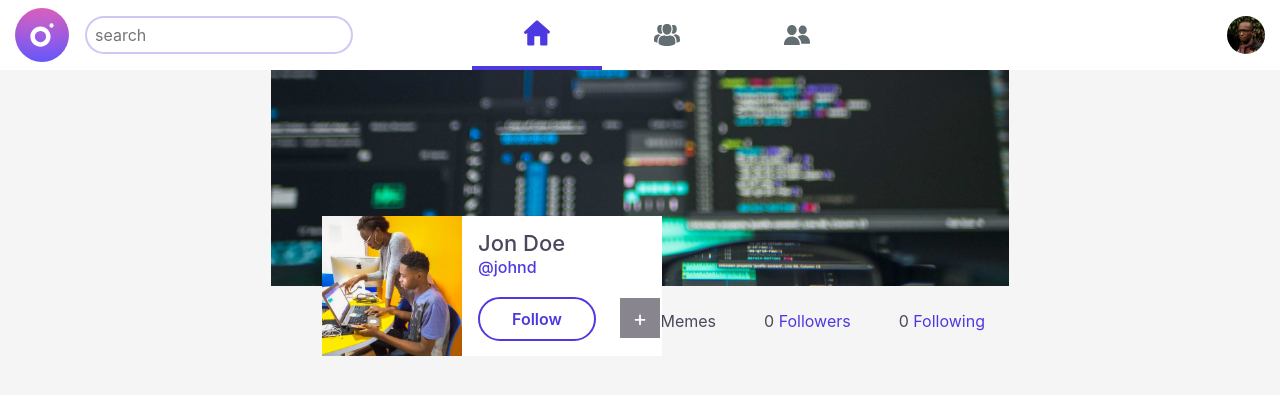
Repository: Flovet-stack/memic
Page: admin-profile.html
The author's editor kept a copy of each file at every save. The page is drawn from the files as they stood at one save, then again after the next save.
The browser window is 1280 px wide. The pictures show the whole page.
Some web fonts or font styles are not loaded; a fallback is used.

Above is the page before, as saved 2020-10-28 00:09:14.
Console error: TypeError: Cannot read properties of undefined (reading 'fn')

### admin-profile.html
<!DOCTYPE html>
<html lang="en">
<head>
    <meta charset="UTF-8">
    <meta name="viewport" content="width=device-width, initial-scale=1.0">
    <link rel="icon" type="image/png" sizes="32x32" href="assets/images/faceit.svg">
    <!-- custom styles -->
    <link rel="stylesheet" href="css/home.css">
    <link rel="stylesheet" href="css/admin-profile.css">

    <!-- custom fonts -->
    <link rel="stylesheet" href="/usr/share/fonts/opentype/malayalam/Manjari-Regular.otf">

    <!-- bootstrap css styles -->
    <link rel="stylesheet" href="dist/css/bootstrap.min.css">
    <title>memes | Home</title>
</head>
<body>
    <!-- start of the home page design template -->

    <!-- start of the head section of the page -->
    <div class="home-head container-fluid">
        <div class="row">
            <div class="home-head-sec-1">
                <div class="logo"><img src="assets/images/faceit.svg" alt=""></div>
                <form>
                    <input data-toggle="tooltip" title="search" type="text" name="" id="" placeholder="search">
                </form>
            </div>
            <div class="home-head-sec-2">
                <a data-toggle="tooltip" title="Home" class="active" href="#">
                    <img class="primary-icon" src="assets/icons/house.svg" alt="">
                    <img class="secondary-icon" src="assets/icons/house-primary.svg" alt="">
                </a>
                <a data-toggle="tooltip" title="Groups" href="#">
                    <img class="primary-icon" src="assets/icons/user-group.svg" alt="">
                    <img class="secondary-icon" src="assets/icons/user-group-primary.svg" alt="">
                </a>
                <a data-toggle="tooltip" title="Friends" href="#">
                    <img class="primary-icon" src="assets/icons/friends.svg" alt="">
                    <img class="secondary-icon" src="assets/icons/friends-primary.svg" alt="">
                </a>
            </div>
            <div class="home-head-sec-3">
                <div class="user-menu">
                    <img src="assets/images/avatar.jpg" alt="">
                </div>
            </div>
        </div>
    </div>
    <!-- end of the head section of the page -->
    <!-- start of the body section of the page -->
    <div class="home-body container-fluid">
        <div class="row">
            <div class="home-center">
                <div class="container-fluid">
                    <div class="profile-card">
                        <div class="profile-cover" style="background: url(assets/images/kevin-ku-w7ZyuGYNpRQ-unsplash.jpg);">
                            <div class="profile-info">
                                <div class="profile-info-pic"><img src="assets/images/Pic.jpg" alt=""></div>
                                <div class="profile-info-details">
                                    <h3>Jon Doe</h3>
                                    <h5>@johnd</h5>
                                    <button class="follow-btn">Follow</button>
                                </div>
                            </div>
                            <button class="change-cover-btn">+</button>
                        </div>
                    <div class="profile-stat">
                        <div class="profile-stat-sub">
                            <div class="static-stat">
                                <span class="stat-value">0</span>
                                <span class="stat-name">Likes</span>
                            </div>
                            <div class="static-stat">
                                <span class="stat-value">0</span>
                                <span class="stat-name">Memes</span>
                            </div>
                            <a class="dynamic-stat">
                                <span class="stat-value">0</span>
                                <span class="stat-name">Followers</span>
                            </a>
                            <a class="dynamic-stat">
                                <span class="stat-value">0</span>
                                <span class="stat-name">Following</span>
                            </a>
                        </div>
                    </div>
                    </div>
                </div>
            </div>
        </div>
    </div>
    <!-- end of the head section of the page -->

    <!-- end of the home page design template -->

    <script src="dist/js/bootstrap.min.js"></script>
    <script src="https://code.jquery.com/jquery-3.5.1.slim.min.js"
        integrity="sha384-DfXdz2htPH0lsSSs5nCTpuj/zy4C+OGpamoFVy38MVBnE+IbbVYUew+OrCXaRkfj"
        crossorigin="anonymous"></script>
</body>
</html>

### css/admin-profile.css
.profile-card {
    width: 100%;
    height: auto;
}
.profile-cover {
    width: 100%;
    height: 30vh;
    background-color: blue;
    background-size: 100% !important;
    background-position: center !important;
    background-attachment: scroll !important;
}
.profile-info {
    width: 340px;
    height: 140px;
    background-color: var(--white);
    position: relative;
    top: 100%;
    transform: translate(15%, -50%);
    display: flex;
    /* border-radius: 70px; */
    /* border-top-right-radius: 70px;
    border-bottom-right-radius: 70px; */
}
.profile-info-pic {
    width: 140px;
    height: 140px;
    background-color: var(--secondary-color);
}
.profile-info-pic img {
    width: 100%;
    height: 100%;
    /* border-top-right-radius: var(--circular-radius);
    border-bottom-right-radius: var(--circular-radius); */
}
.profile-info-details {
    padding: var(--padding-2);
}
.profile-info-details h3 {
    color:var(--text-color);
    font-size: var(--font-size-4);
    line-height: 1;
}
.profile-info-details h5 {
    color:var(--secondary-color);
    font-size: var(--font-size-1);
    line-height: .7;
}
.profile-info-details .follow-btn {
    margin-top: var(--padding-2);
}
.change-cover-btn {
    width: 40px;
    height: 40px;
    position: relative;
    transform: translate(-50%, -50%);
    left: 50%;
    top: 50%;
    border: none;
    background-color: var(--dark-overlay);
    color: var(--white);
    font-size: 22px;
    transition-duration: var(--duration);
    outline: none !important;
}
.change-cover-btn:hover {
    background-color: #000;
    transition-duration: var(--duration);
}
.profile-stat {
    width: 100%;
    height: 70px;
    display: grid;
    align-items: center;
    justify-items: flex-end;
}
.profile-stat-sub {
    width: auto;
    height: auto;
    display: flex;
}
.profile-stat-sub div,
.profile-stat-sub a {
    margin: 0 var(--padding-2);
    padding: var(--padding-1);
    border-radius: var(--border-radius);
}
.profile-stat-sub .stat-value {
    color: #000;
}
.profile-stat-sub .stat-name {
    color: var(--text-color);
}
.dynamic-stat .stat-value {
    color: var(--text-color) !important;
}
.dynamic-stat .stat-name {
    color: var(--secondary-color) !important;
}
.dynamic-stat {
    background-color: transparent;
    transition-duration: var(--duration);
}
.dynamic-stat:hover {
    background-color: var(--secondary-overlay);
    transition-duration: var(--duration);
}

### css/main-styles.css
:root {
    /* color palette */
    --white: #fff;
    /* --white: #1e272e !important; */
    --white-shade-0: rgb(253, 253, 253);
    --white-shade-1: #f0f8ff;
    --white-shade-2: #ececec79;
    --white-shade-3: #d0d0d0;
    --border-color: #b2bec3;
    --primary-color: #636E72;
    /* --secondary-color: #6c5ce7; */
    --secondary-color: #4d39e0;
    --secondary-overlay: #4d39e046;
    /* --secondary-overlay: #6c5ce746; */
    --red: #d63031;
    /* --red: #970f3c; */
    --dark-overlay: rgba(10, 2, 19, 0.479);
    --transparent-overlay: #ebf6ff;
    --transparent-overlay-2: #d0d0d059;

    /* text-editing */
    --font-size-1: 16px;
    --font-size-2: 18px;
    --font-size-3: 20px;
    --font-size-4: 22px;
    --normal: 400;
    --light: 200;
    --thick: 600;
    --font-family: Manjari;
    --text-color: rgb(73, 72, 93);
    /* --text-color: #fff; */

    /* box-styling */
    --padding-1: .5rem;
    --padding-2: 1rem;
    --padding-3: 2rem;
    --border-radius: 50px;
    --circular-radius: 50%;
    --border: 2px solid var(--white-shade-2);

    /* animations */
    --duration: .5s;
}

body {
    box-sizing: border-box;
    font-family: var(--font-family);
    overflow-x: hidden;
    background-color: var(--white-shade-2) !important;
}
.row {
    margin-right: 0 !important;
    margin-left: 0 !important;
}
a {
    outline: none !important;
}
.follow-btn {
    border: 2px solid var(--secondary-color);
    background: var(--whi);
    padding: var(--padding-1) var(--padding-3);
    border-radius: var(--border-radius);
    color: var(--secondary-color);
    transition-duration: var(--duration);
    font-weight: 600;
    outline: none !important;
}
.follow-btn:hover {
    background-color: var(--secondary-color);
    color: var(--white);
    transition-duration: var(--duration);
}

### css/user-card.css
/* start of the user card styling */
.user-card {
    width: 150px;
    height: 50px;
    display: flex;
    color: var(--white);
    text-decoration: none;
    border-radius: var(--border-radius);
    transition-duration: var(--duration);
}
.user-card:hover {
    text-decoration: none;
    background-color: var(--transparent-overlay-2);
    transition-duration: var(--duration);
}
.user-card-pic {
    width: 50px;
    height: 50px;
    border-radius: var(--circular-radius);
    background-repeat: no-repeat !important;
    background-position: center !important;
    background-size: cover !important;
}
.user-card-detail {
    width: auto;
    height: 50px;
    padding-left: var(--padding-1);
    color: var(--text-color);
    display: grid;
    align-content: center;
}
.username {
    font-size: var(--font-size-2);
    font-weight: 600;
}
.card-time {
    font-size: var(--font-size-1);
    color: var(--secondary-color);
}
/* end of the user card styling */

### css/post-card.css
.post-card {
    width: 80%;
    margin: var(--padding-2) auto;
    background-color: var(--white);
    border-radius: var(--border-radius);
    padding: var(--padding-2) 0;
    /* background-color: var(--transparent-overlay); */
    background-color: var(--white);
    border: var(--border);
}
.post-card .user-card {
    margin-left: var(--padding-2);
}
/* .post-card .user-card:hover {
    background-color: var(--secondary-overlay);
} */
.post-card img {
    width: 100%;
}
.post-img {
    transform: scale(.97);
    border-radius: var(--border-radius) !important;
    background-color: var(--transparent-overlay);
}
.post-card-footer {
    margin-top: var(--padding-1);
    padding: 0 var(--padding-2);
    width: 100%;
    display: flex;
    height: auto;
}
.react,
.actions {
    width: 50%;
    height: 50px;
    display: grid;
    align-items: center;
}
.react-sub,
.actions-sub {
    width: 100%;
    height: 100%;
    display: flex;
    text-align: left;
}
.actions-sub {
    flex-direction: row-reverse;
}
.actions-sub a {
    flex-direction: row-reverse;
    margin-right: 0 !important;
    margin-left: var(--padding-1) !important;
}
.react-sub a,
.actions-sub a {
    width: 50px;
    height: 50px;
    background-color: transparent;
    margin-right: var(--padding-1);
    display: flex;
    align-items: center;
    justify-content: center;
    border-radius: var(--circular-radius);
}
.react-sub a img,
.actions-sub a img {
    width: 60%;
    height: auto;
    padding: 0 !important;
    transition-duration: var(--duration);
    border-radius: none !important;
}
.react-sub a:hover,
.actions-sub a:hover {
    background-color: var(--secondary-overlay);
    transition-duration: var(--duration);
}
.react-sub .dislike img{
    transform: rotatez(180deg) !important;
}
.share-options {
    height: auto;
    /* width: 0px; */
    width: calc((30px * 4) + ((var(--padding-1) * 2) * 6));
    background-color: var(--white);
    border-radius: var(--border-radius);
    padding:  var(--padding-1);
    /* box-shadow: 4px 4px 10px 3px var(--white-shade-2); */
    position: absolute;
    /* left: 100px; */
    margin-top: -60px;
    /* margin-left: 200px; */
    transform: scale(.9);
    transition-duration: 1s;
}
.share-options ul {
    width: auto;
    padding: 0 !important;
    margin: 0 !important;
}
.share-options li {
    width: auto;
    display: inline-block;
}
.share-options a{
    padding: var(--padding-1);
    /* background-color: red; */
}
.share-options a:hover {
    background-color: transparent;
}
.share-options a img{
    width: 30px;
    height: 30px;
    padding: .2rem !important;
    transition-duration: var(--duration);
}
.share-options a img:hover {
    transform: scale(1.3);
    transition-duration: var(--duration);
}
.share-icon {
    transition-duration: 1s
}
.share-icon:hover ~ .share-options {
    transition-duration: 1s;
    transform: scale(1);
}

.comment-section {
    width: 100%;
    padding: 0 var(--padding-2);
}
.comment-section h4 {
    font-size: var(--font-size-1);
    color: var(--text-color);
    font-weight: 600;
    margin-bottom: var(--padding-2);
}
.comment-form {
    display: flex;
    justify-content: space-between;
    margin-bottom: var(--padding-3);
}
.comment-form img {
    width: 50px;
    height: 50px;
    padding: 0 !important;
    border-radius: var(--circular-radius);
    margin-right: var(--padding-2);
}
.comment-form textarea {
    width: 75%;
    height: 50px;
    outline: none;
    font-size: var(--font-size-2);
    color: var(--text-color);
    padding: var(--padding-1) var(--padding-2);
    border: 1px solid var(--white);
    border-radius: var(--border-radius);
    transition-duration: var(--duration);
    margin-right: var(--padding-1);
    background-color: var(--white-shade-2);
}
.comment-form textarea:hover {
    border: 1px solid var(--secondary-overlay);
    transition-duration: var(--duration);
}
.comment-form textarea:focus {
    border: 1px solid var(--secondary-overlay);
    background-color: var(--white);
    transition-duration: var(--duration);
}
.comment-form button {
    outline: none !important;
    background-color: var(--secondary-overlay);
    border: none;
    border-radius: var(--circular-radius);
    color: var(--white);
    transition-duration: var(--duration);
}
.comment-form button:hover {
    outline: none;
    background-color: var(--secondary-color);
    transition-duration: var(--duration);
}
.comment {
    width: 95%;
    margin: 0 auto;
    height: auto;
    /* border-bottom: var(--border); */
}
.comment .user-card {
    margin: 0 !important;
}
.comment .user-card-pic {
    width: 30px;
    height: 30px;
    margin-top: 10px;
}
.comment .username {
    font-size: var(--font-size-1);
    line-height: .5;
}
.comment .card-time {
    font-size: calc(var(--font-size-1) - 2px) !important;
    /* line-height: .5; */
}
.comment .comment-content p {
    width: auto;
    height: auto;
    color: var(--text-color);
    margin: 0 calc(var(--padding-1) * 7);
    background-color: var(--white-shade-1);
    padding: var(--padding-1) var(--padding-3);
    border-radius: var(--border-radius);

    /* line-height: 5px; */
}
.comment .comment-like {
    height: 20px;
    font-size: calc(var(--font-size-1) - 2px);
    padding: 0 var(--padding-1);
    border-radius: var(--border-radius);
    position: relative;
    border: none;
    outline: none;
    /* bottom: 100%; */
    left: calc(100% - ((var(--padding-1) * 7) + 1.5rem));
    background-color: var(--secondary-color);
    color: var(--white);
    transition-duration: var(--duration);
    transform: translateY(-125%);
    display: flex;
    align-items: center;
    justify-content: center;
}
.comment .comment-like:hover {
    padding: 0 calc(var(--padding-1) + .1rem);
    transition-duration: var(--duration);
    background-color: var(--secondary-overlay);
}
.comment .comment-like img {
    width: 15px;
    height: 15px;
    margin-left: .3rem;
    transform: translateY(-1.5px);
}

/* @media (min-width: 768px) {
}

@media (min-width: 992px) {
}

@media (min-width: 1200px) {
} */

Loaded but not shown: dist/css/bootstrap.min.css (library); dist/js/bootstrap.min.js (library); css/home.css (475 lines, source omitted)

After the next save:
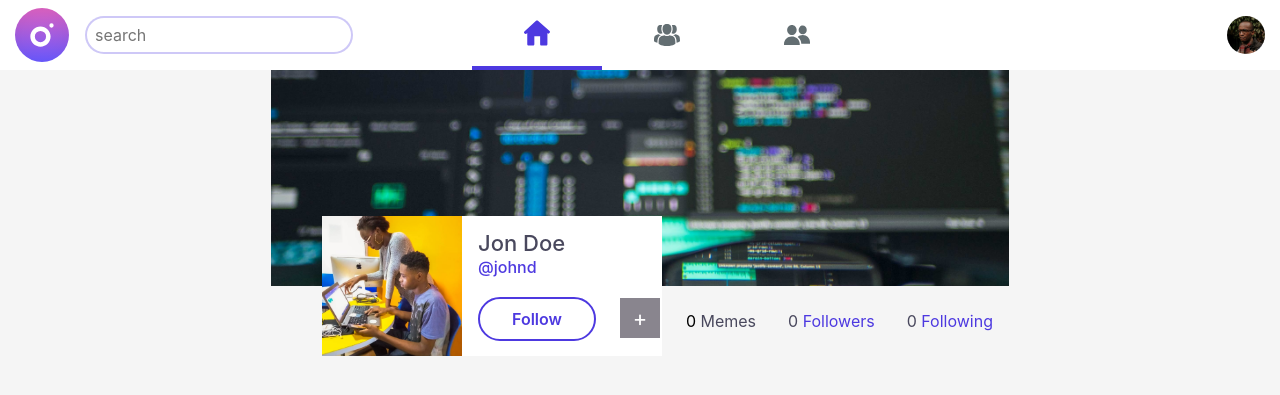
Saved 2 min 25 s later.
--- a/css/admin-profile.css
+++ b/css/admin-profile.css
@@ -81,7 +81,7 @@
 }
 .profile-stat-sub div,
 .profile-stat-sub a {
-    margin: 0 var(--padding-2);
+    margin: 0 var(--padding-1);
     padding: var(--padding-1);
     border-radius: var(--border-radius);
 }

After the save that followed:
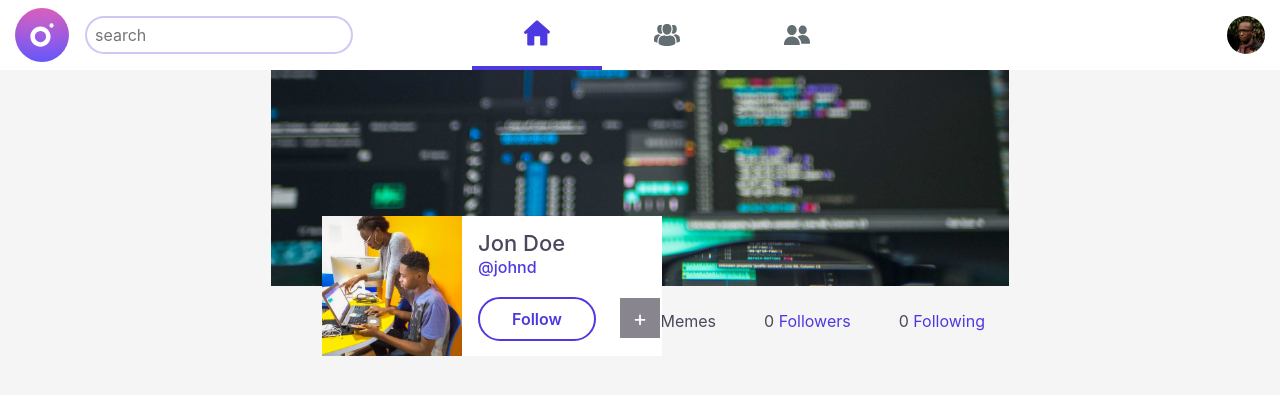
Saved 5 s later.
--- a/css/admin-profile.css
+++ b/css/admin-profile.css
@@ -82,7 +82,7 @@
 .profile-stat-sub div,
 .profile-stat-sub a {
     margin: 0 var(--padding-1);
-    padding: var(--padding-1);
+    padding: var(--padding-2);
     border-radius: var(--border-radius);
 }
 .profile-stat-sub .stat-value {
